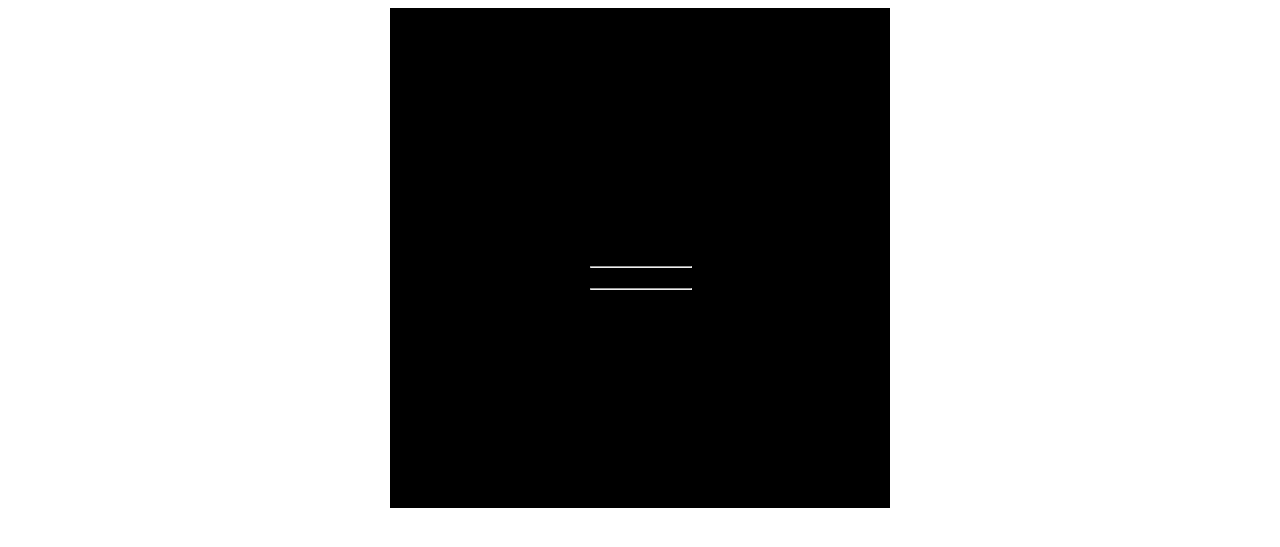
Repository: batonAnton/Hw-Lec10-animation
Page: index.html
These files come from the project's save history. The page is drawn as it stood at one moment and after the next save; the edit follows.
The browser window is 1280 px wide. The pictures show the whole page.

Above is the page before, as saved 2022-07-16 14:29:47.

### index.html
<!DOCTYPE html>
<html lang="en">
<head>
    <meta charset="UTF-8">
    <meta http-equiv="X-UA-Compatible" content="IE=edge">
    <meta name="viewport" content="width=device-width, initial-scale=1.0">
    <link rel="stylesheet" href="css/style.css">
    <title>Animation</title>
</head>
<body>
        <div class="wrapper">
            <div class="block">
                <div class="cross-line">
                    <hr class="first-line">
                    <hr class="second-line">
                </div>

            </div>
        </div>
</body>
</html>

### css/style.css
.wrapper{
    display:flex;
    justify-content: center;
    position: relative;
}
.block{
    background-color: black;
    width: 500px;
    height: 500px;
    display:flex;
    justify-content: center;
}

.cross-line{
    width: 100px;
    height: 100px;
    top: 50%;
    position:absolute;
}

hr{
    background-color: #fff;
    width: 100px;
}

.first-line{
    margin-bottom: 20px;

    transition: all 0.3s ease-in-out;

}

.second-line{
    transition: all 0.3s ease-in-out;

}






.cross-line:hover .first-line {
    box-shadow: 0.4em 0 0.6em 0.2em rgb(190, 40, 204);
    transform: rotate(-45deg);
    transition: all 0.3s ease-in-out;
    transform: translateY(18px) translateX(0px) rotate(45deg);


}
.cross-line:hover .second-line {
    transform: rotate(45deg);
    transition: all 0.3s ease-in-out;
    box-shadow: 0.4em 0 0.6em 0.2em rgb(190, 40, 204);
    transform: translateY(-3px) translateX(0px) rotate(-45deg);
}

After the next save:
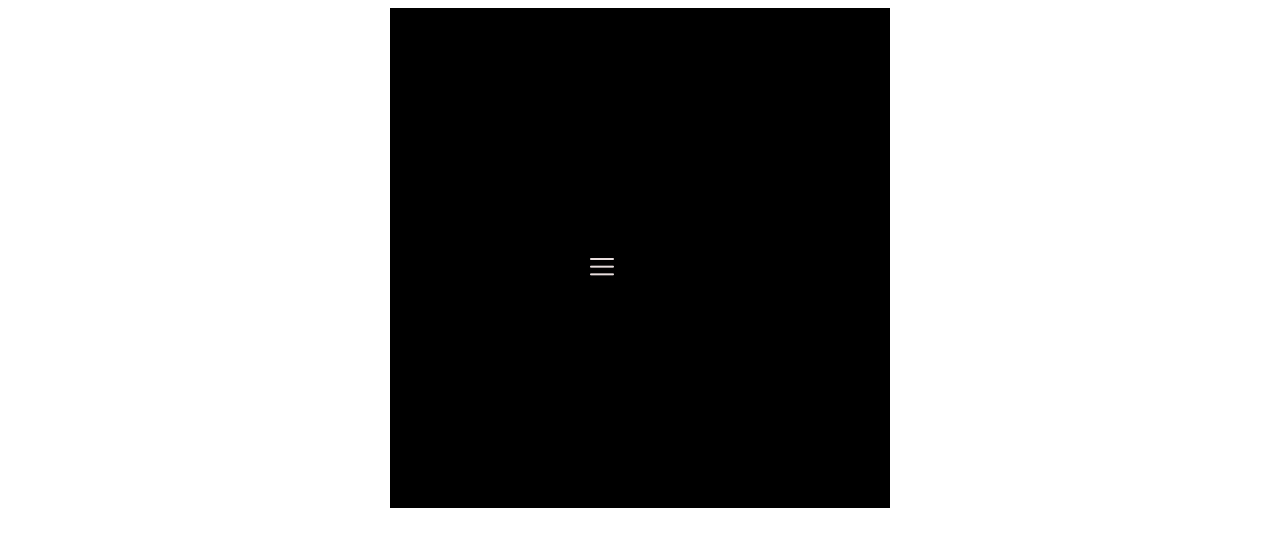
Saved 7 min 44 s later.
--- a/index.html
+++ b/index.html
@@ -11,8 +11,9 @@
         <div class="wrapper">
             <div class="block">
                 <div class="cross-line">
-                    <hr class="first-line">
-                    <hr class="second-line">
+                    <img class="menu" src="./img/menu.png" alt="">
+                    <!-- <hr class="first-line">
+                    <hr class="second-line"> -->
                 </div>
 
             </div>
